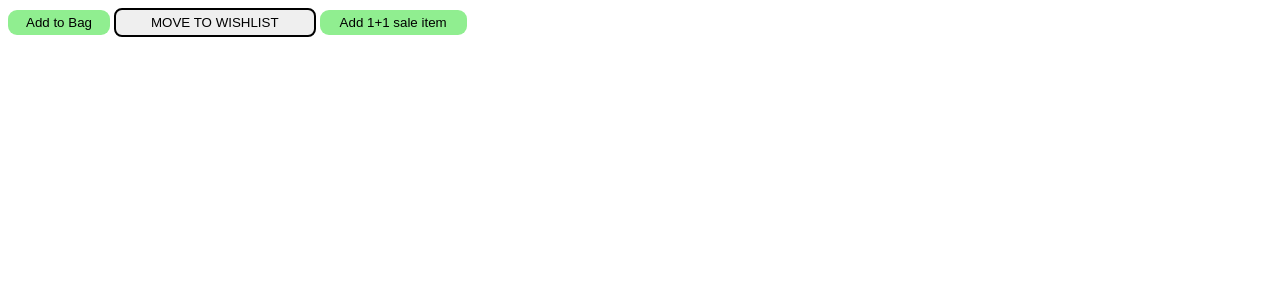
Repository: nihalani20/Learning-Js
Page: practice_set2/index.html
An editor plug-in stored every save of this project. The page is shown before and after the next save, followed by the edit.
The browser window is 1280 px wide. The pictures show the whole page.

Above is the page before, as saved 2023-12-09 12:31:31.

After the next save:
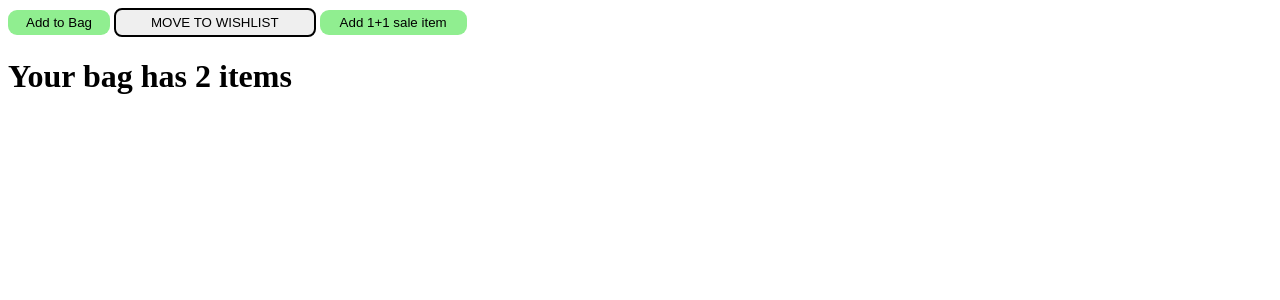
Saved 11 s later.
--- a/practice_set2/index.html
+++ b/practice_set2/index.html
@@ -13,7 +13,7 @@
       <button class="wishlist" onclick="alert('Added to wishlist')">MOVE TO WISHLIST</button>
       <button class="item" onclick="alert('Item added')">Add 1+1 sale item</button>
 
-      <h1></h1>
+      <h1>Your bag has 2 items</h1>
 
   </main>
 </body>
